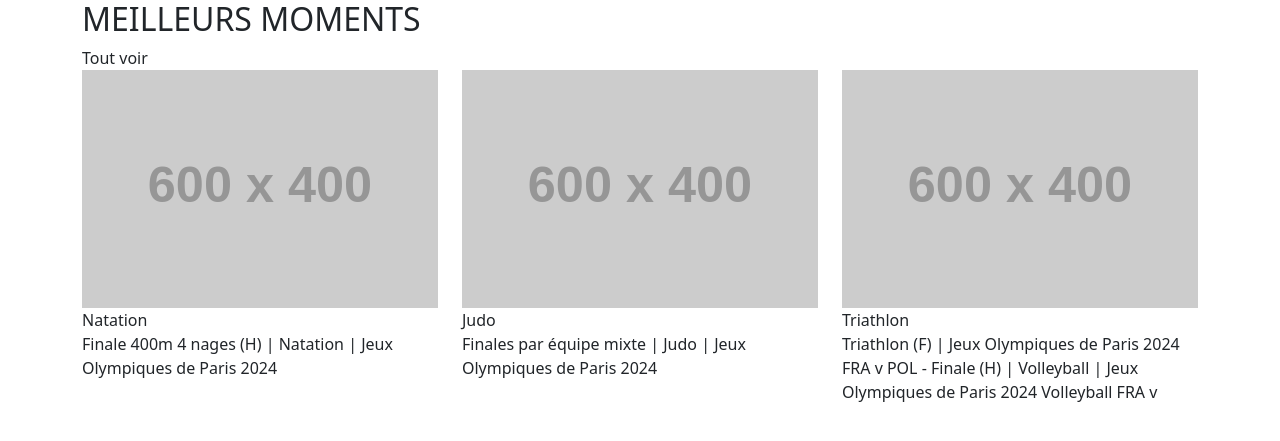
Repository: fbansept/ran3_24_jeu
Page: index.html
An editor plug-in stored every save of this project. The page is shown before and after the next save, followed by the edit.
The browser window is 1280 px wide. The pictures show the whole page.

Above is the page before, as saved 2024-10-14 15:47:11.

After the next save:
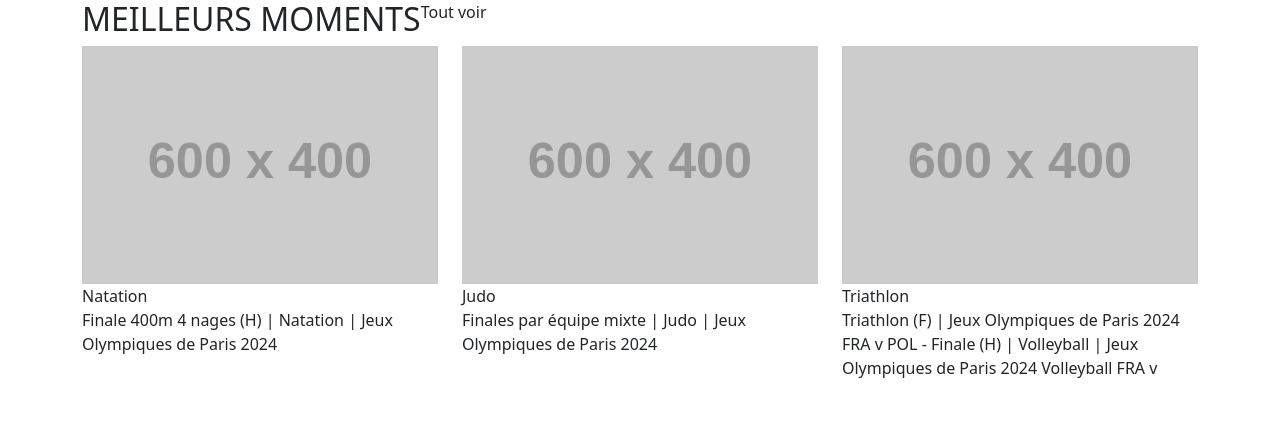
Saved 40 s later.
--- a/styles.css
+++ b/styles.css
@@ -3,6 +3,6 @@
   width: 100%;
 }
 
-main > section > div > article > header {
+main > section > header {
   display: flex;
 }

After the save that followed:
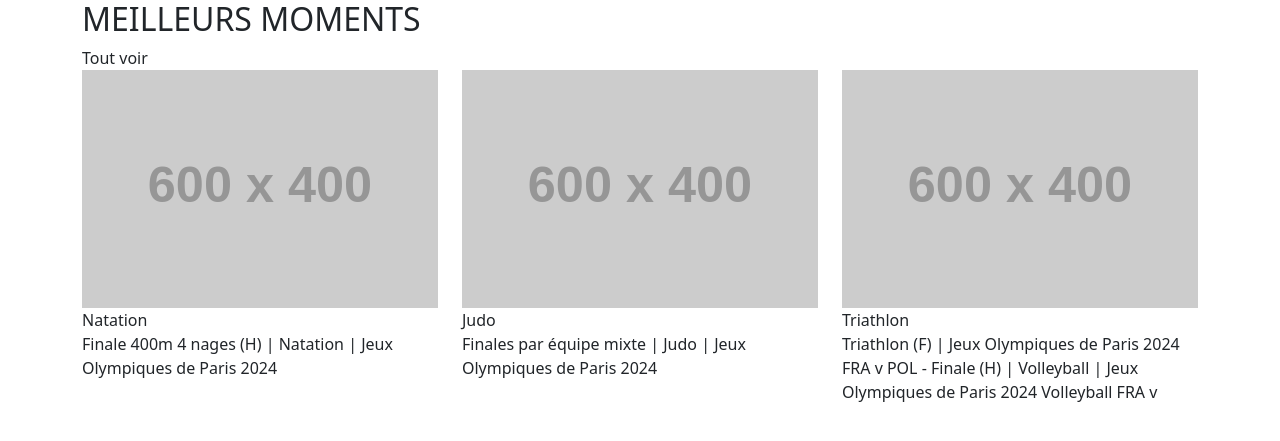
Saved 48 s later.
--- a/styles.css
+++ b/styles.css
@@ -4,5 +4,5 @@
 }
 
 main > section > header {
-  display: flex;
+  display
 }
